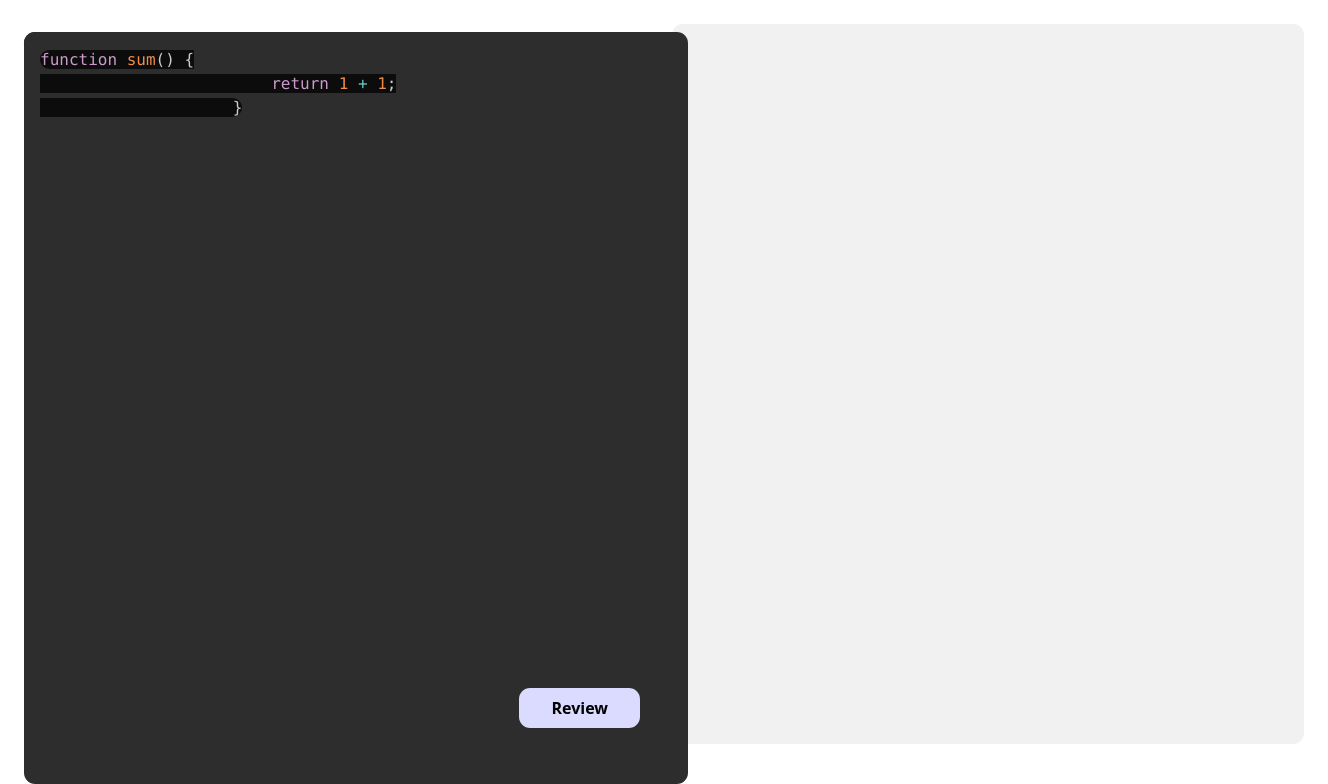
Repository: swarnabha-dutta/ai-code-reviewer
Page: / (app in frontend/)
These files come from the project's save history. The page is drawn as it stood at one moment and after the next save; the edit follows.
The browser window is 1280 px wide. The page is 1328 px wide, so the pictures cover 1328 px, including what lies to the right of the window. The pictures show the whole page.
The project was rebuilt for these pictures with package versions that can differ from the ones it lists, and the page was loaded fresh each time. Also part of the build but not shown: frontend/vite.config.js.

Above is the page before, as saved 2025-06-07 08:56:22.

### frontend/src/App.jsx
import { useEffect ,useState} from 'react';
import './App.css'
import "prismjs/themes/prism-tomorrow.css";
import prism from "prismjs";
import './App.css'

function App() {
  const [count, setCount] = useState(0);

 useEffect(() => {
   prism.highlightAll();
 })

  return (
    <>
      <main>
        <div className="left">
          <div className="code">
            <pre>
              <code className="language-javascript">
                    {`function sum() {
                        return 1 + 1;
                    }`}
              </code>
            </pre>
          </div>
          <div className="review">Review</div>
        </div>
        <div className="right"></div>
     </main>
    </>
  )
}





export default App

### frontend/src/App.css
* {
  margin: 0%;
  padding: 0%;
  box-sizing: border-boc;
}

html,
body,
#root {
  height: 100%;
  width: 100%;
}

main {
  height: 100%;
  width: 100%;
  padding: 1.5rem;
  display: flex;
  gap: 1rem;
}

main .left,
main .right {
  height: 100%;
  flex-basis: 50%;
  border-radius: 0.7rem;
}

main .left {
  background-color: #fff;
  position: relative;
}

.left .code,
.code pre,
.code pre code {
  height: 100%;
  width: 100%;
  margin: 0;
  border-radius: 0.7rem;
  background-color: #0c0c0c;
}
main .left .review {
  position: absolute;
  bottom: 1rem;
  right: 1rem;
  background-color: rgb(219, 219, 255);
  color: #000;
  padding: 0.5rem 2rem;
  font-weight: 600;
  border-radius: 0.7rem;
  cursor: pointer;
  user-select: none;
}

main .right {
  background-color: #e8e8e89f;
}

Loaded but not shown: frontend/index.html (common file); frontend/src/main.jsx (common file); frontend/src/index.css (common file)

After the next save:
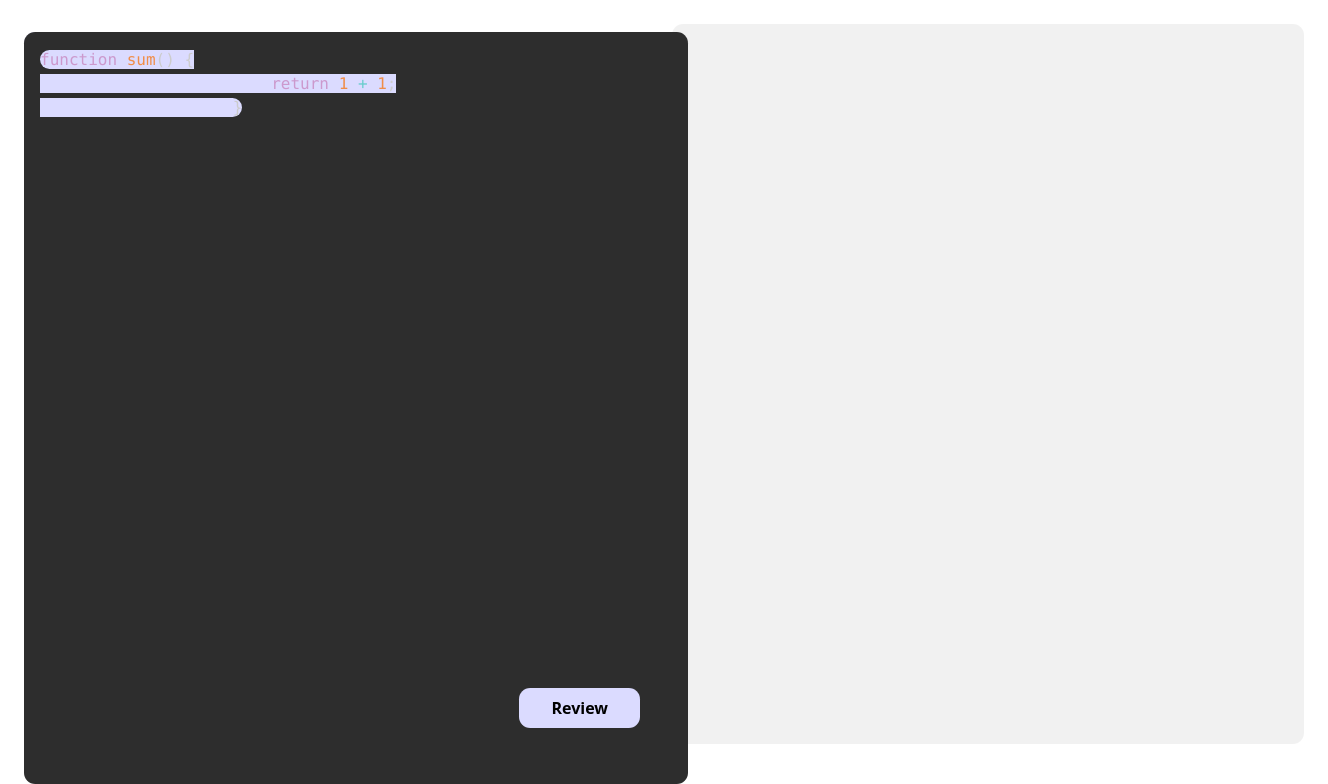
Saved 22 s later.
--- a/frontend/src/App.css
+++ b/frontend/src/App.css
@@ -38,7 +38,7 @@ main .left {
   width: 100%;
   margin: 0;
   border-radius: 0.7rem;
-  background-color: #0c0c0c;
+  background-color: rgb(219, 219, 255);
 }
 main .left .review {
   position: absolute;
